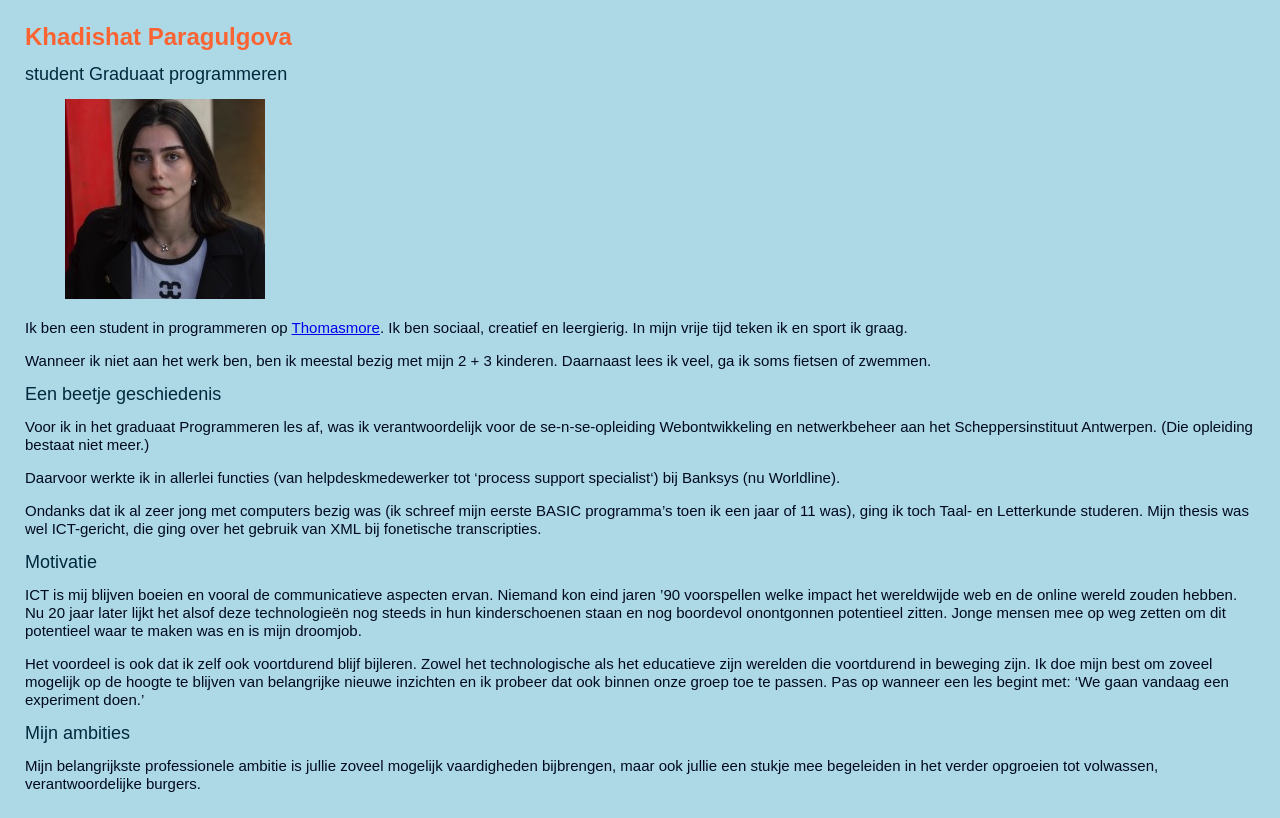
Repository: khadishat00/portfolio
Page: index.html
These files come from the project's save history. The page is drawn as it stood at one moment and after the next save; the edit follows.
The browser window is 1280 px wide. The pictures show the whole page.

Above is the page before, as saved 2026-09-24 14:50:35.

### index.html
<!doctype html>
<html lang="en">
  <head>
    <meta charset="UTF-8" />
    <meta name="viewport" content="width=device-width, initial-scale=1.0" />
    <title>portfolio</title>
  </head>
  <style>
    html {
      font-family: Arial, sans-serif;
    }
    body {
      background-color: lightblue;
      margin: 25px;
    }
    h1 {
      font-family: "Century Gothic", sans-serif;
      color: #fa6432;
      font-weight: bold;
      font-size: 24px;
      line-height: 24px;
    }
    h2 {
      font-family: "Century Gothic", sans-serif;
      color: #00283c;
      font-weight: normal;
      font-size: 18px;
      line-height: 18px;
    }
    p {
      font-family: Arial, sans-serif;
      color: #000a1e;
      font-size: 15px;
      line-height: 18px;
      font-weight: normal;
      padding:;
    }

    figure {
      display: block;
      margin-block-start: 1em;
      margin-block-end: 1em;
      margin-inline-start: 40px;
      margin-inline-end: 40px;
      unicode-bidi: isolate;
    }

    img {
      max-width: 100%;
    }
  </style>

  <body>
    <main>
      <h1>Khadishat Paragulgova</h1>
      <h2>student Graduaat programmeren</h2>
      <figure>
        <img src="profielfoto.jpg" alt="Mijn profielfoto" />
      </figure>
      <p>
        Ik ben een student in programmeren op
        <a href="https://thomasmore.be/nl">Thomasmore</a>. Ik ben sociaal,
        creatief en leergierig. In mijn vrije tijd teken ik en sport ik graag.
      </p>
      <p>
        Wanneer ik niet aan het werk ben, ben ik meestal bezig met mijn 2 + 3
        kinderen. Daarnaast lees ik veel, ga ik soms fietsen of zwemmen.
      </p>

      <h2>Een beetje geschiedenis</h2>
      <p>
        Voor ik in het graduaat Programmeren les af, was ik verantwoordelijk
        voor de se-n-se-opleiding Webontwikkeling en netwerkbeheer aan het
        Scheppersinstituut Antwerpen. (Die opleiding bestaat niet meer.)
      </p>
      <p>
        Daarvoor werkte ik in allerlei functies (van helpdeskmedewerker tot
        ‘process support specialist‘) bij Banksys (nu Worldline).
      </p>
      <p>
        Ondanks dat ik al zeer jong met computers bezig was (ik schreef mijn
        eerste BASIC programma’s toen ik een jaar of 11 was), ging ik toch Taal-
        en Letterkunde studeren. Mijn thesis was wel ICT-gericht, die ging over
        het gebruik van XML bij fonetische transcripties.
      </p>

      <h2>Motivatie</h2>
      <p>
        ICT is mij blijven boeien en vooral de communicatieve aspecten ervan.
        Niemand kon eind jaren ’90 voorspellen welke impact het wereldwijde web
        en de online wereld zouden hebben. Nu 20 jaar later lijkt het alsof deze
        technologieën nog steeds in hun kinderschoenen staan en nog boordevol
        onontgonnen potentieel zitten. Jonge mensen mee op weg zetten om dit
        potentieel waar te maken was en is mijn droomjob.
      </p>
      <p>
        Het voordeel is ook dat ik zelf ook voortdurend blijf bijleren. Zowel
        het technologische als het educatieve zijn werelden die voortdurend in
        beweging zijn. Ik doe mijn best om zoveel mogelijk op de hoogte te
        blijven van belangrijke nieuwe inzichten en ik probeer dat ook binnen
        onze groep toe te passen. Pas op wanneer een les begint met: ‘We gaan
        vandaag een experiment doen.’
      </p>

      <h2>Mijn ambities</h2>
      <p>
        Mijn belangrijkste professionele ambitie is jullie zoveel mogelijk
        vaardigheden bijbrengen, maar ook jullie een stukje mee begeleiden in
        het verder opgroeien tot volwassen, verantwoordelijke burgers.
      </p>
    </main>
  </body>
</html>

After the next save:
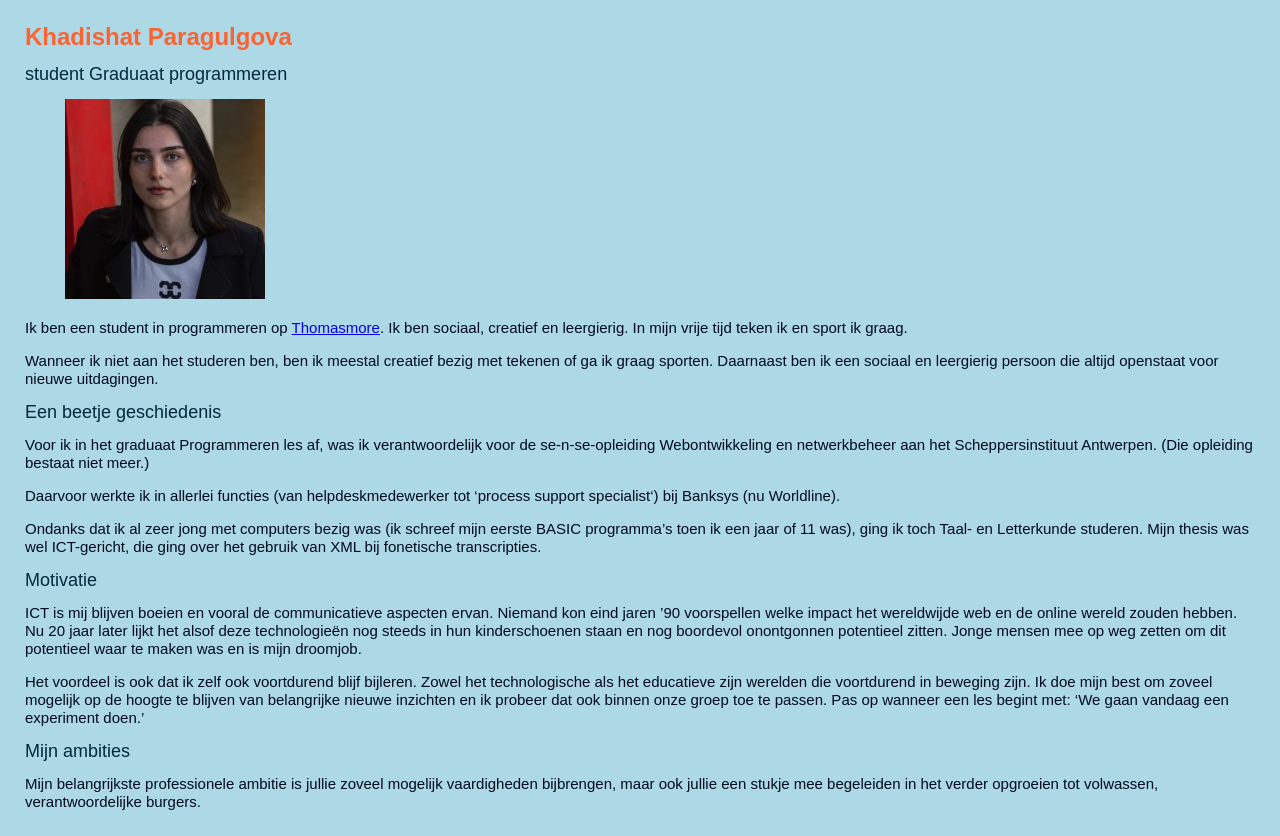
Saved 43 s later.
--- a/index.html
+++ b/index.html
@@ -63,8 +63,9 @@
         creatief en leergierig. In mijn vrije tijd teken ik en sport ik graag.
       </p>
       <p>
-        Wanneer ik niet aan het werk ben, ben ik meestal bezig met mijn 2 + 3
-        kinderen. Daarnaast lees ik veel, ga ik soms fietsen of zwemmen.
+        Wanneer ik niet aan het studeren ben, ben ik meestal creatief bezig met
+        tekenen of ga ik graag sporten. Daarnaast ben ik een sociaal en leergierig
+        persoon die altijd openstaat voor nieuwe uitdagingen.
       </p>
 
       <h2>Een beetje geschiedenis</h2>
